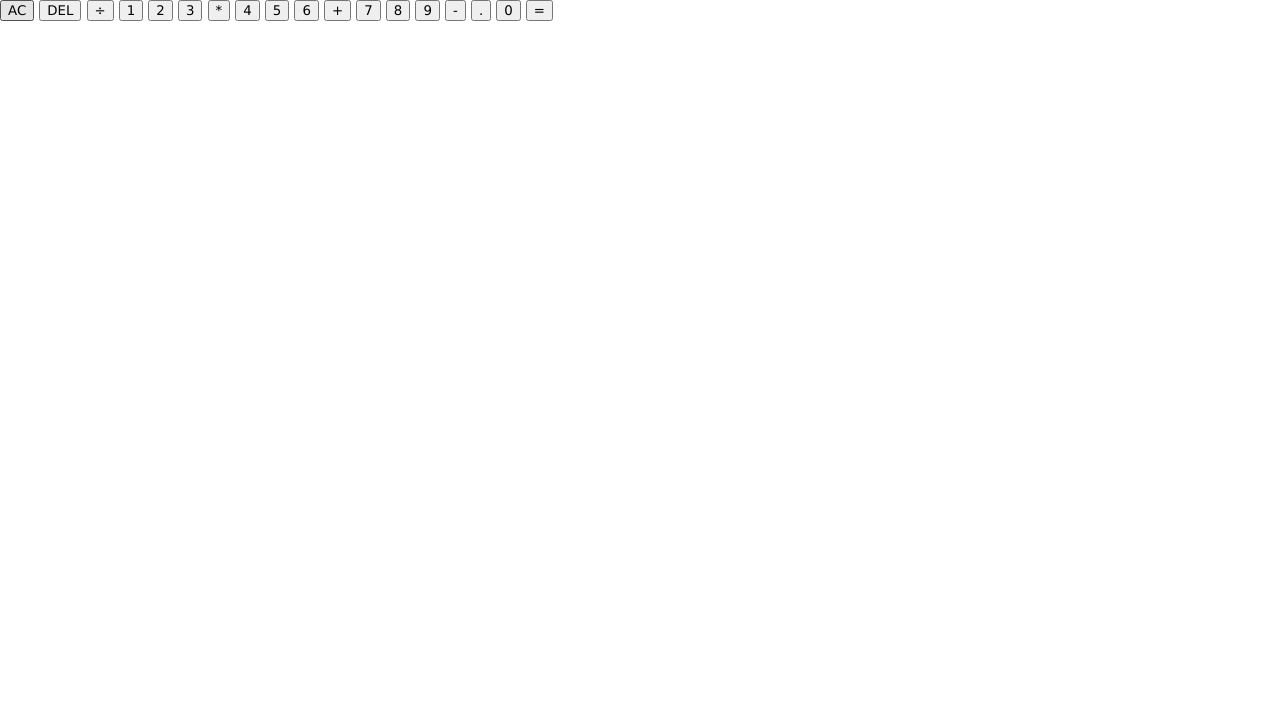
Repository: devkthines/js-calculator
Page: index.html
The author's editor kept a copy of each file at every save. The page is drawn from the files as they stood at one save, then again after the next save.
The browser window is 1280 px wide. The pictures show the whole page.

Above is the page before, as saved 2023-12-18 21:46:37.

After the next save:
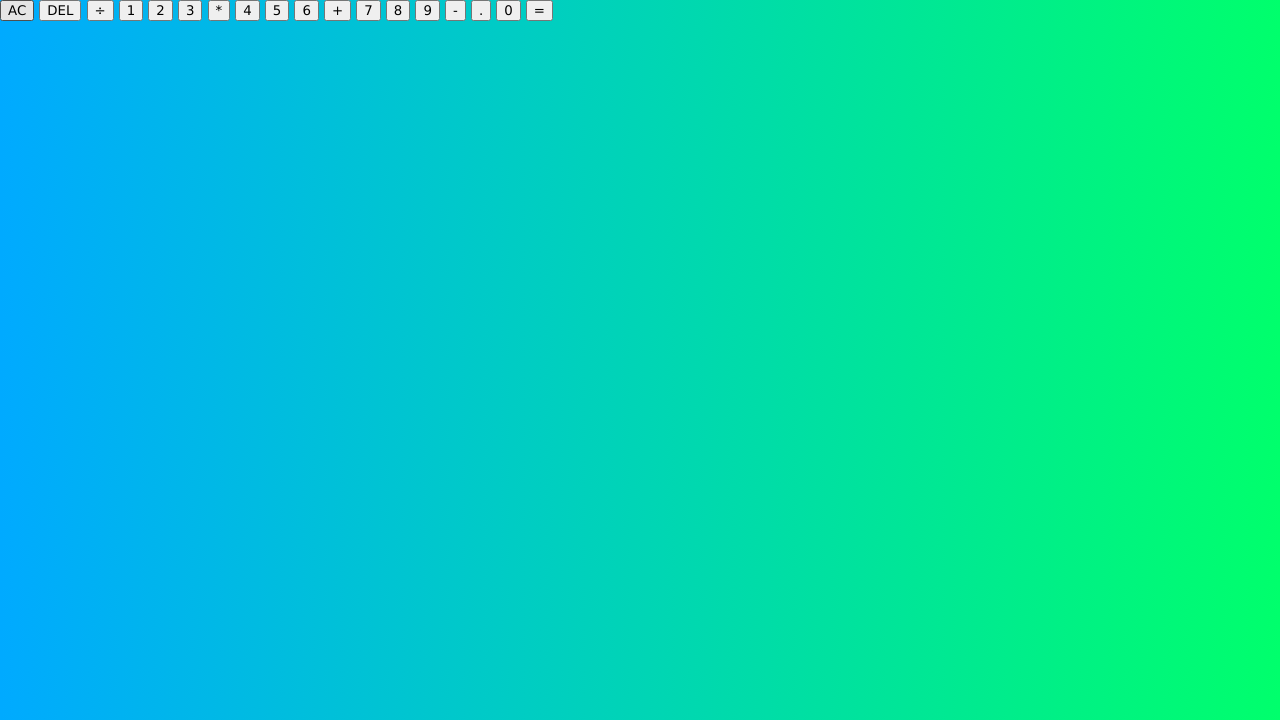
Saved 5 s later.
--- a/styles.css
+++ b/styles.css
@@ -9,5 +9,5 @@
 body{
     padding: 0;
     margin: 0;
-    background: linear-gradient(to right, #00AAFF, ##00FF6C);
+    background: linear-gradient(to right, #00AAFF, #00FF6C);
 }
